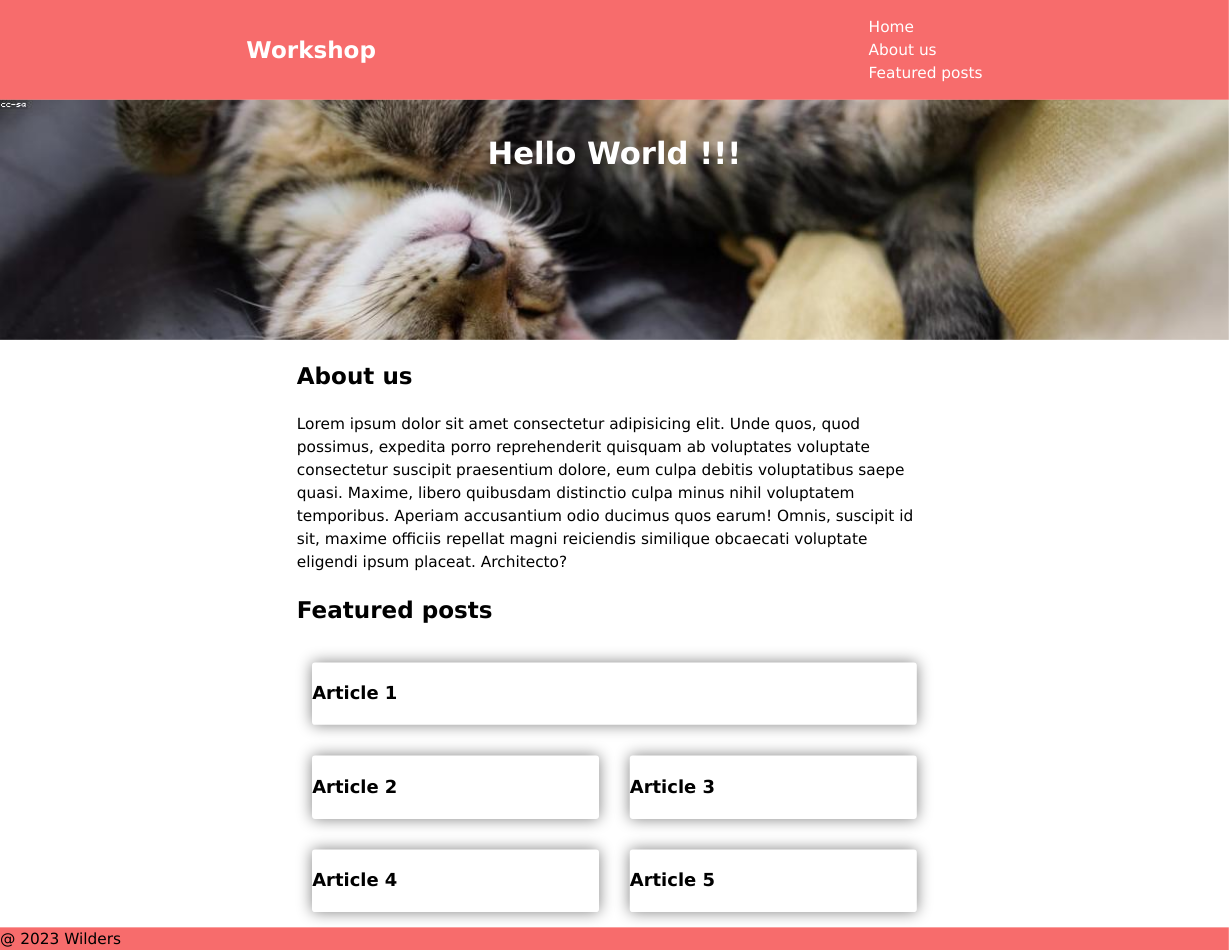
Repository: PPaillard/cssresponsive
Page: index.html
The author's editor kept a copy of each file at every save. The page is drawn from the files as they stood at one save, then again after the next save.
The browser window is 1280 px wide. The pictures show the whole page, at 96% of full size.

Above is the page before, as saved 2023-03-03 14:17:40.

### index.html
<!DOCTYPE html>
<html lang="en">
  <head>
    <meta charset="UTF-8" />
    <meta http-equiv="X-UA-Compatible" content="IE=edge" />
    <meta name="viewport" content="width=device-width, initial-scale=1.0" />
    <title>Document</title>
    <link rel="stylesheet" href="style.css" />
  </head>
  <body>
    <nav>
      <h2>Workshop</h2>
      <ul>
        <li><a href="#home">Home</a></li>
        <li><a href="#aboutus">About us</a></li>
        <li><a href="#featuredposts">Featured posts</a></li>
      </ul>
    </nav>
    <header>
      <h1>Hello World !!!</h1>
    </header>
    <main>
      <section>
        <h2>About us</h2>
        <p>
          Lorem ipsum dolor sit amet consectetur adipisicing elit. Unde quos,
          quod possimus, expedita porro reprehenderit quisquam ab voluptates
          voluptate consectetur suscipit praesentium dolore, eum culpa debitis
          voluptatibus saepe quasi. Maxime, libero quibusdam distinctio culpa
          minus nihil voluptatem temporibus. Aperiam accusantium odio ducimus
          quos earum! Omnis, suscipit id sit, maxime officiis repellat magni
          reiciendis similique obcaecati voluptate eligendi ipsum placeat.
          Architecto?
        </p>
      </section>
      <section id="featured-posts">
        <h2>Featured posts</h2>
        <div>
          <article><h1>Article 1</h1></article>
          <article><h1>Article 2</h1></article>
          <article><h1>Article 3</h1></article>
          <article><h1>Article 4</h1></article>
          <article><h1>Article 5</h1></article>
        </div>
      </section>
    </main>
    <footer>@ 2023 Wilders</footer>
  </body>
</html>

### style.css
* {
  box-sizing: border-box;
}

body {
  margin: 0;
  line-height: 1.5;
  font-family: Verdana, Geneva, Tahoma, sans-serif;
}

/* Navigation */
nav {
  display: flex;
  justify-content: space-around;
  align-items: center;
  background-color: #f76c6c;
  color: #ffffff;
}

nav > h2 {
  margin: 0;
}

nav ul {
  margin: 0;
  padding: 1rem 0;
}

nav ul li {
  list-style: none;
}

nav ul li a {
  color: white;
  text-decoration: none;
}
/* fin de navigation */
/* header */

header {
  min-height: 250px;
  text-align: center;
  background-image: url("65535_52214085447_ec2bf04bd7_h_1200_300_nofilter.jpg");
  background-repeat: no-repeat;
  background-size: cover;
}
header h1 {
  color: white;
  margin: 0;
  padding-top: 2rem;
}

section {
  margin: 0 auto;
  max-width: 65ch;
}

section article {
  display: inline-block;
  margin: 1rem;
  border-radius: 0.2rem;
  box-shadow: 0 0 1rem grey;
}

#featured-posts > div {
  display: grid;
  grid-template-columns: 1fr 1fr;
}

#featured-posts > div > article:first-of-type {
  grid-column: 1/3;
}

footer {
  background-color: #f76c6c;
}

After the next save:
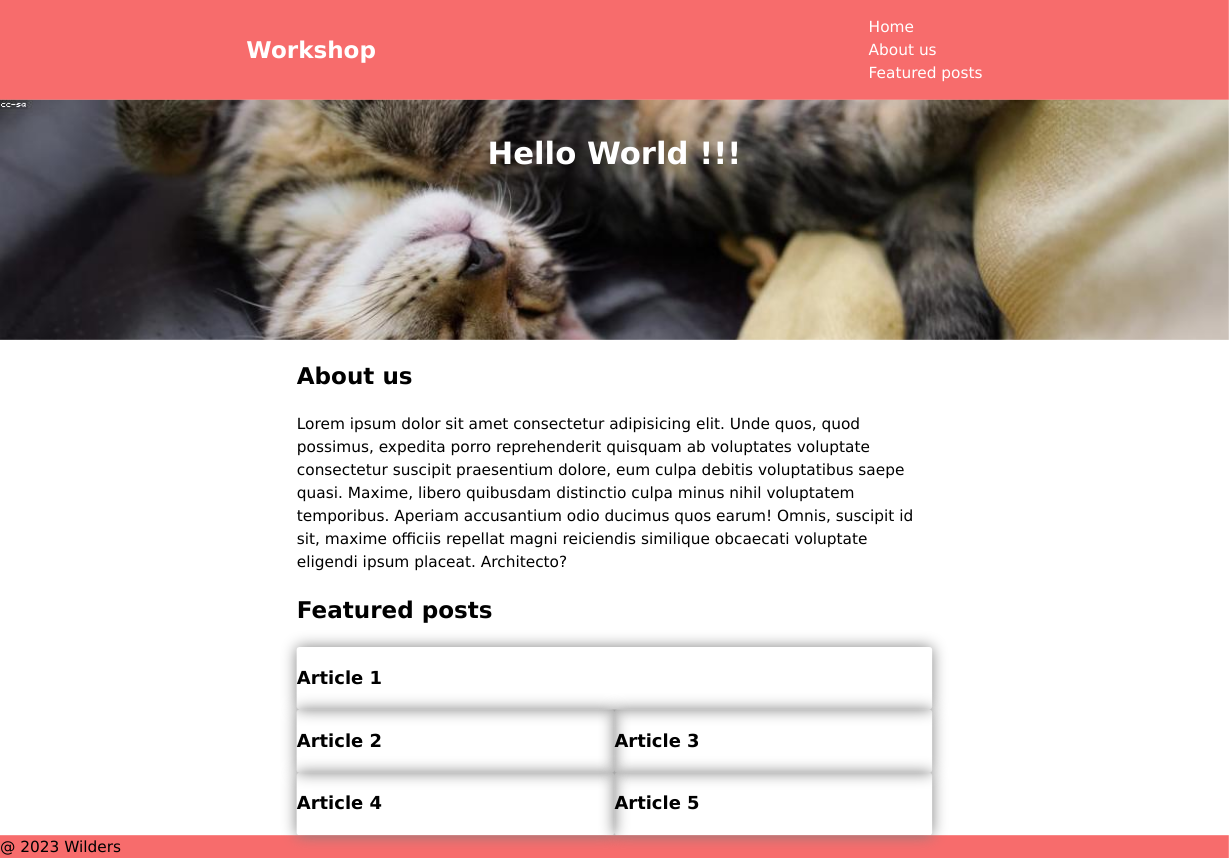
Saved 29 s later.
--- a/style.css
+++ b/style.css
@@ -57,6 +57,7 @@
 
 section article {
   display: inline-block;
+  color:red
   margin: 1rem;
   border-radius: 0.2rem;
   box-shadow: 0 0 1rem grey;

After the save that followed:
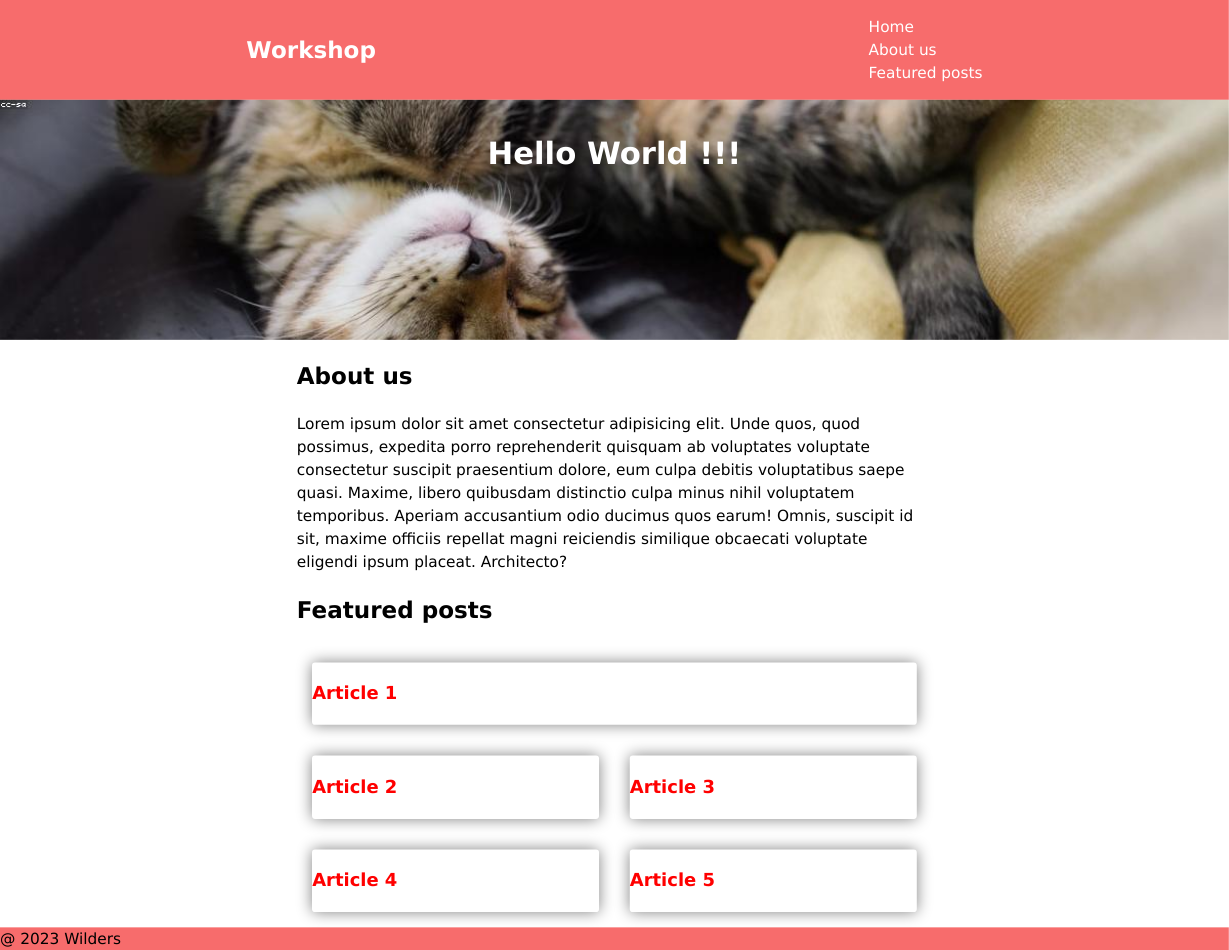
Saved 5 s later.
--- a/style.css
+++ b/style.css
@@ -57,7 +57,7 @@
 
 section article {
   display: inline-block;
-  color:red
+  color: red;
   margin: 1rem;
   border-radius: 0.2rem;
   box-shadow: 0 0 1rem grey;
